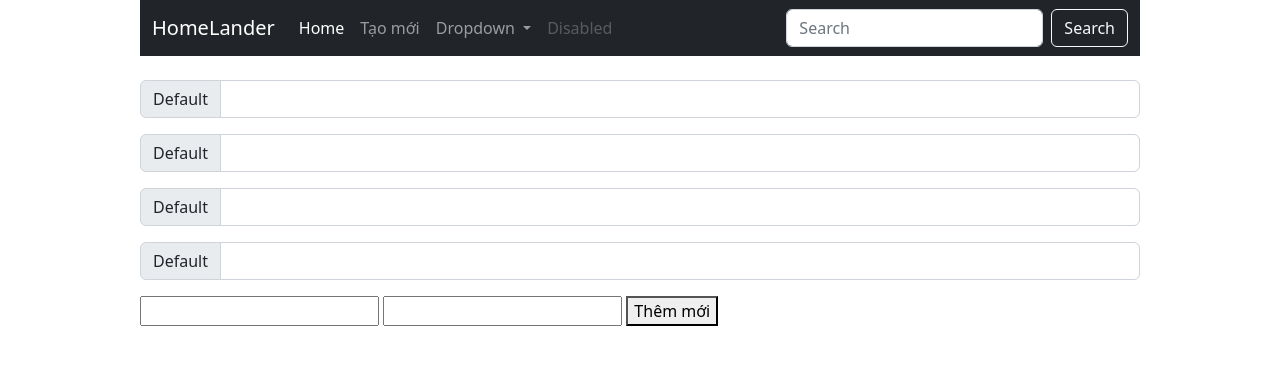
Repository: nguyenhung50497/MD3_CRUD-2Table
Page: src/views/create.html
These files come from the project's save history. The page is drawn as it stood at one moment and after the next save; the edit follows.
The browser window is 1280 px wide. The pictures show the whole page.

Above is the page before, as saved 2022-12-28 15:34:59.

After the next save:
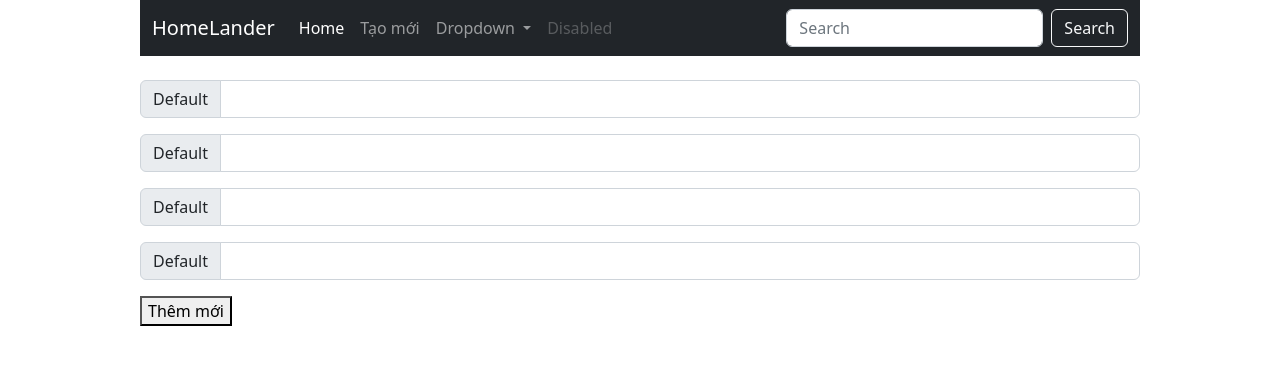
Saved 5 s later.
--- a/src/views/create.html
+++ b/src/views/create.html
@@ -62,8 +62,6 @@
           <span class="input-group-text" id="inputGroup-sizing-default">Default</span>
           <input type="text" class="form-control" aria-label="Sizing example input" aria-describedby="inputGroup-sizing-default">
         </div>
-        <input type="text" >
-        <input type="text" >
         <button type="submit">Thêm mới</button>
     </form>
     </div>
